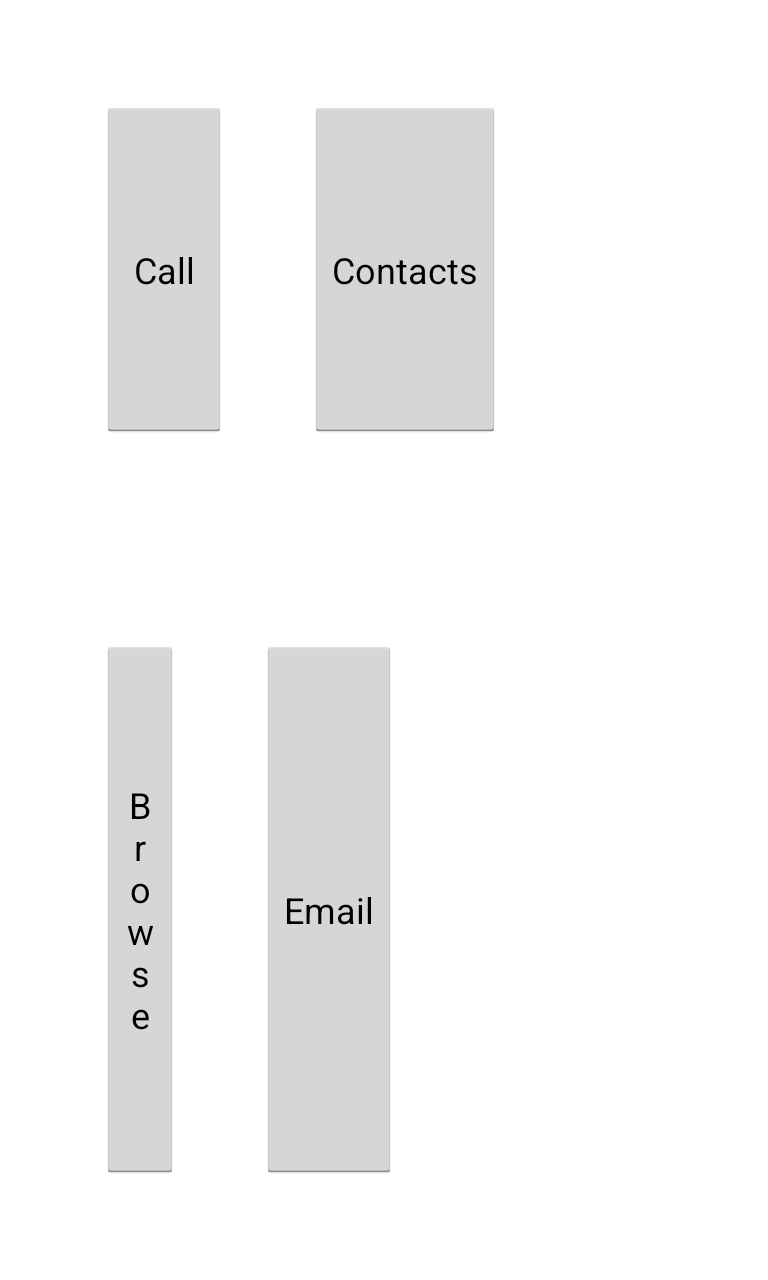
Repository: AnithaGorli/Android
Layout: ImplicitIntentApplication/res/layout/implicitintent.xml
These files come from the project's save history. The layout is drawn as it stood at one moment and after the next save; the edit follows.
It is drawn on a 768 x 1280 px phone screen (xhdpi) without system bars, with theme AppTheme; the app's code is not run.

Above is the layout before, as saved 2014-09-10 10:10:56.

After the next save:
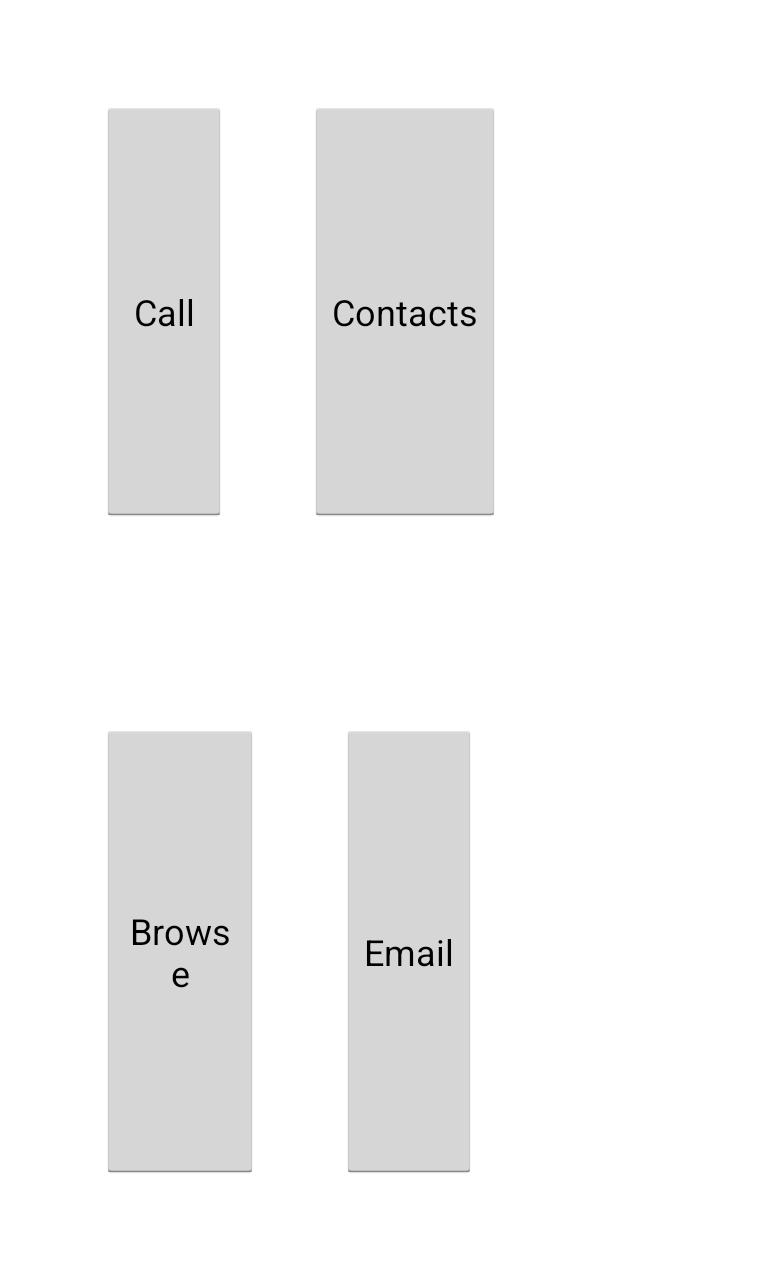
Saved 17 s later.
--- a/ImplicitIntentApplication/res/layout/implicitintent.xml
+++ b/ImplicitIntentApplication/res/layout/implicitintent.xml
@@ -44,7 +44,7 @@
 
     <Button
          android:id="@+id/browse_btn"
-         android:layout_width="40dp"
+         android:layout_width="80dp"
         android:layout_height="match_parent"
         android:text="@string/browse"
         android:layout_margin="20dp"/>
